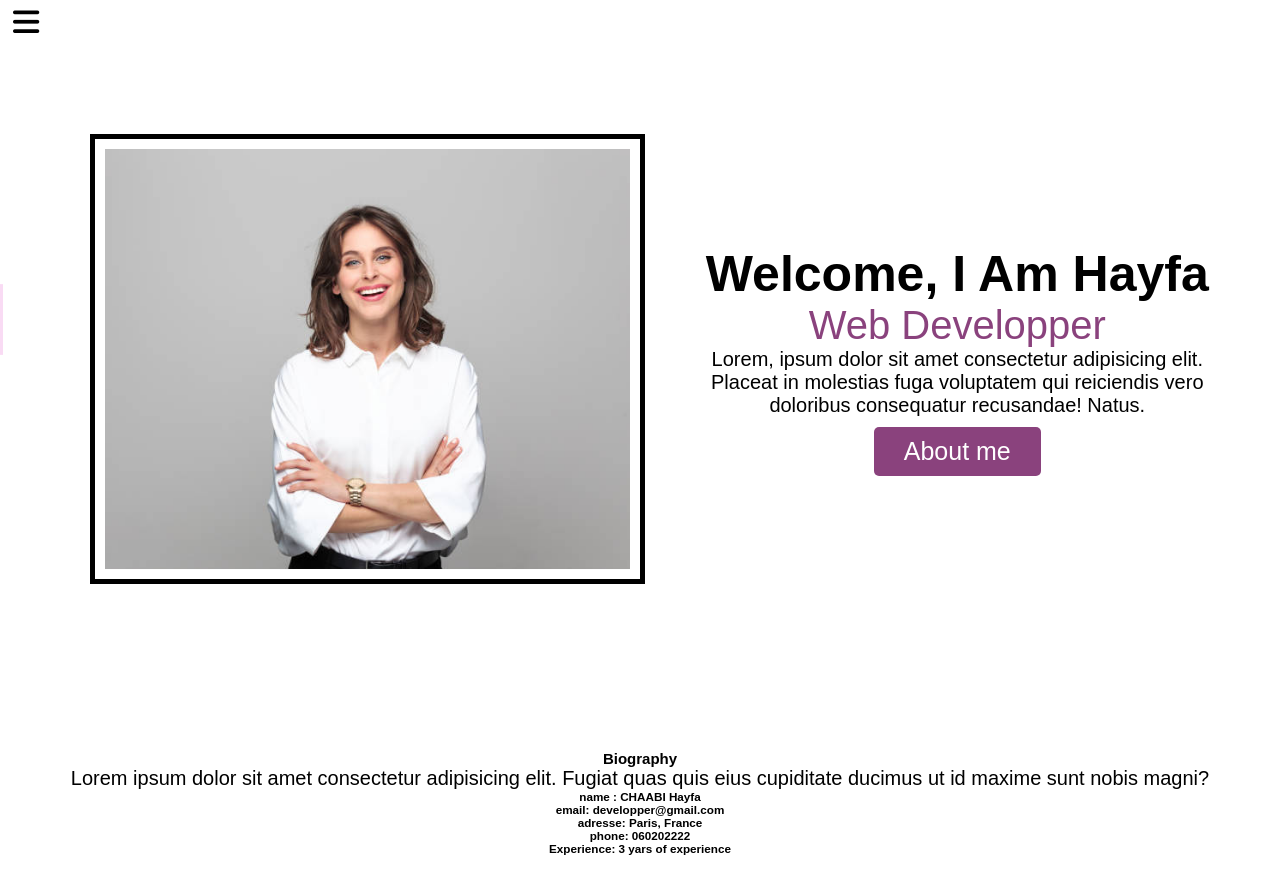
Repository: haifabilel/portfolio_project
Page: http://localhost/
An editor plug-in stored every save of this project. The page is shown before and after a run of saves, followed by the edit.
The browser window is 1280 px wide. The pictures show the whole page.
Some web fonts or font styles are not loaded; a fallback is used. The page is run by PHP 8.4 with error messages shown; the project is at /var/www/html/.

Above is the page before, as saved 2023-09-15 20:51:48.

After the next 4 saves:
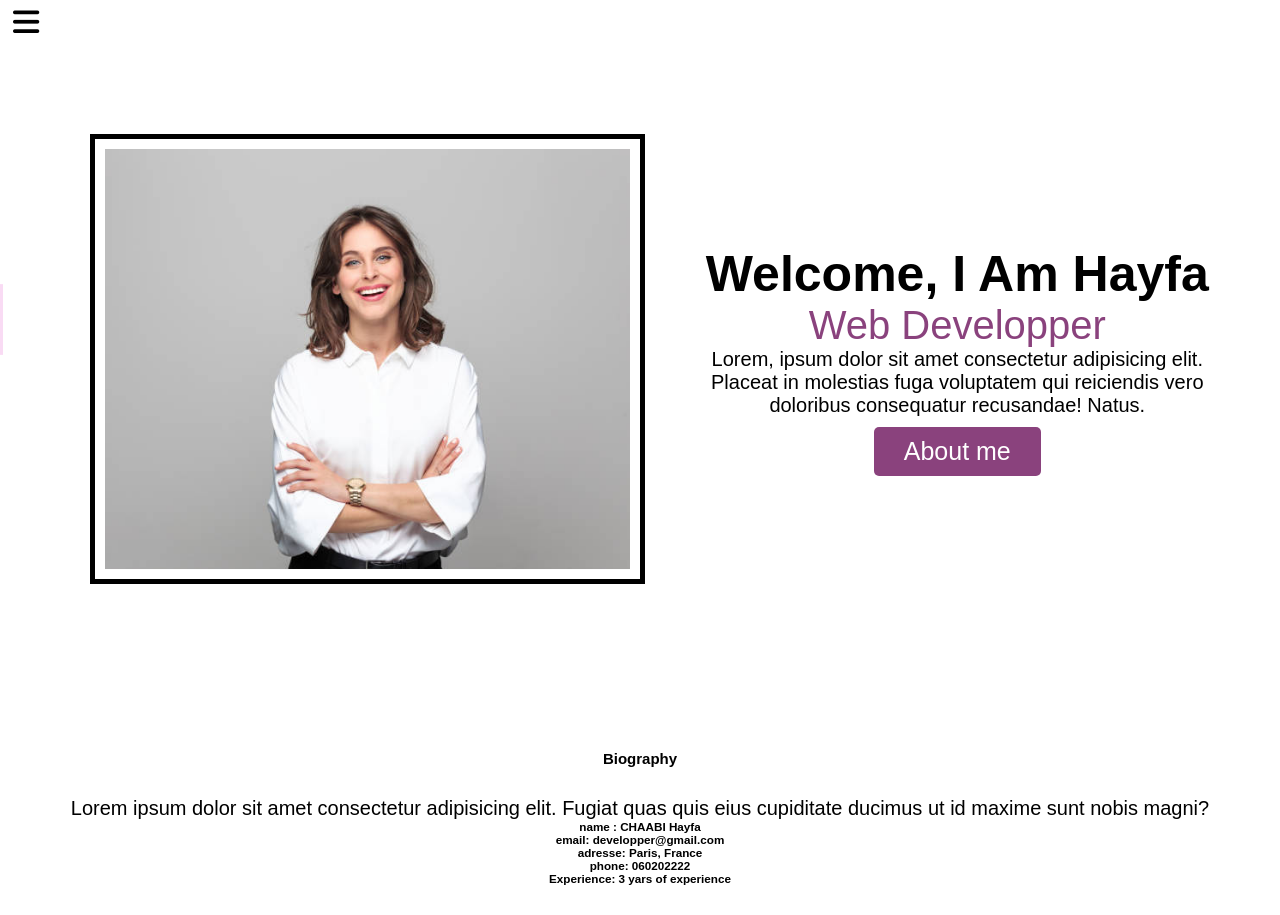
The 4 saves are shown as one change because they came seconds apart.
The last was saved 9 s later.
--- a/css/style.css
+++ b/css/style.css
@@ -163,7 +163,8 @@ p{
 /* Home Section Ends */
 /* About section starts */
 .myBio{
-    margin-bottom
+    margin-bottom:3rem;
+    text
 
 }
 
